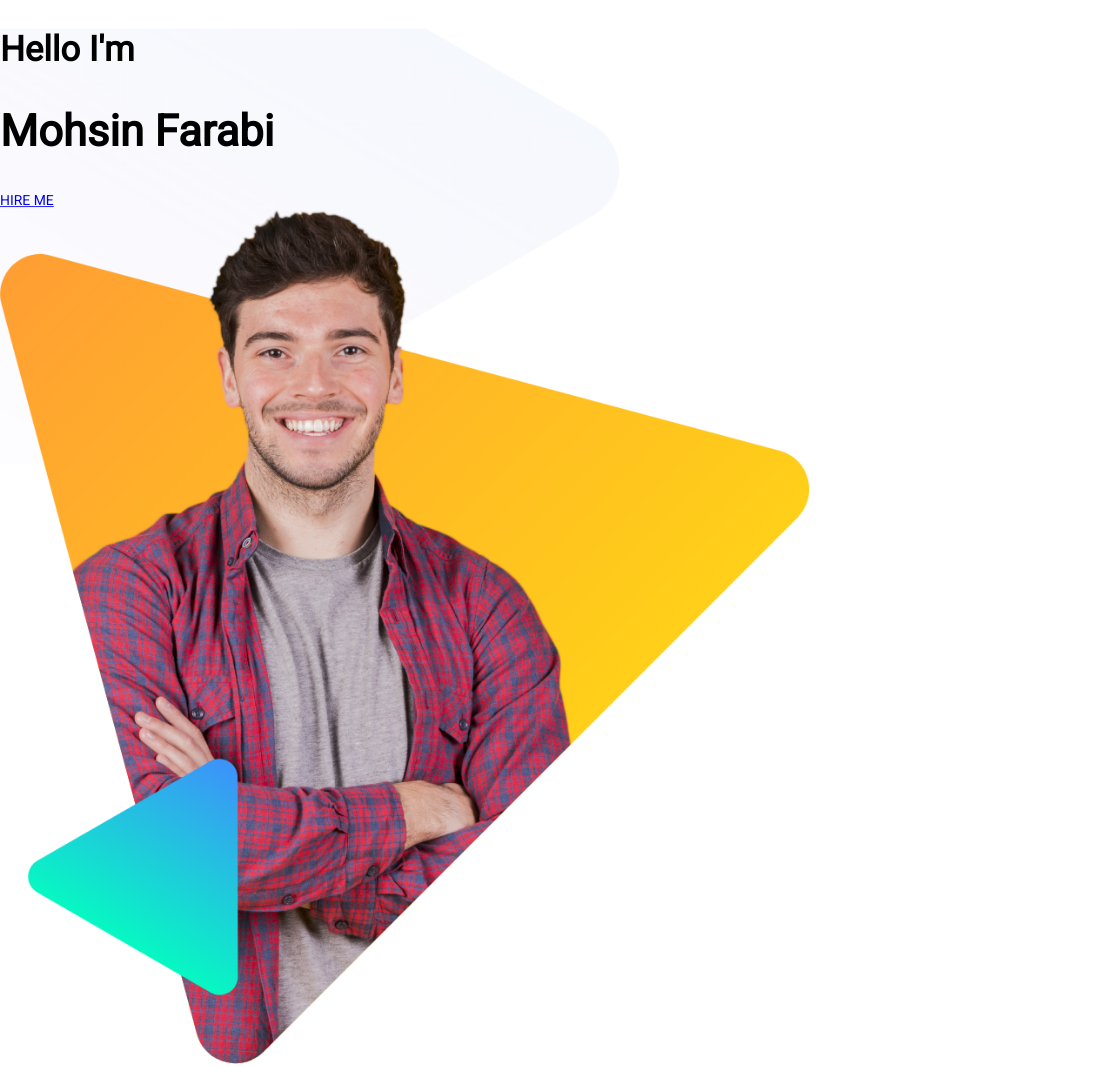
Repository: mohsinfarabi/personal-website
Page: index.html
These files come from the project's save history. The page is drawn as it stood at one moment and after the next save; the edit follows.
The browser window is 1280 px wide. The pictures show the whole page, at 87% of full size.

Above is the page before, as saved 2020-07-01 02:04:37.

After the next save:
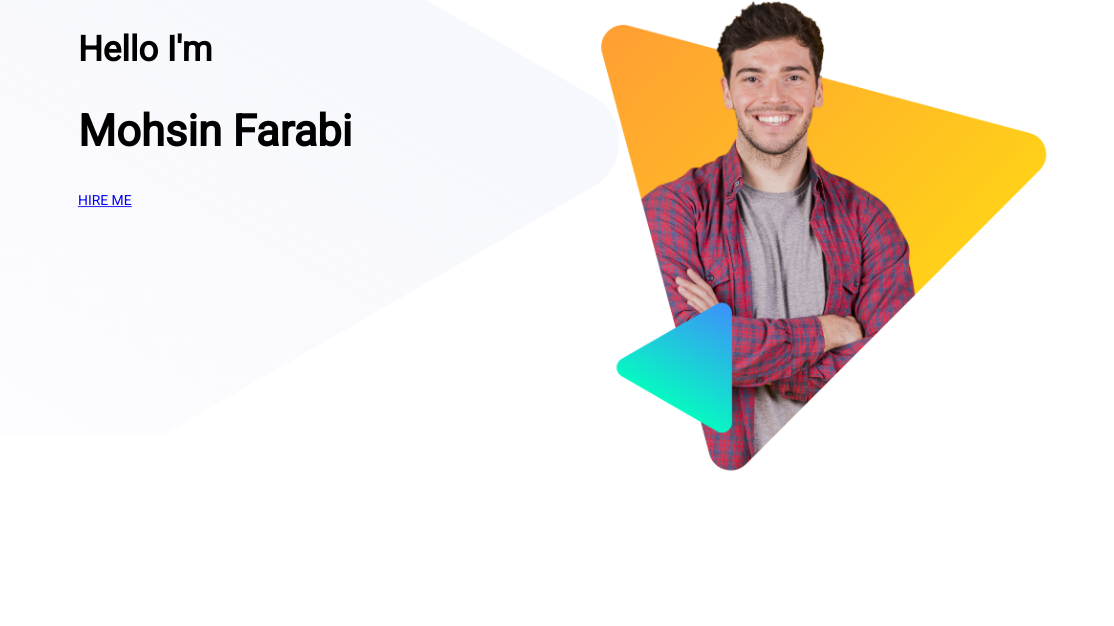
Saved 30 s later.
--- a/style.css
+++ b/style.css
@@ -28,3 +28,14 @@
     background-image: url("images/header-bg.png");
     background-repeat: no-repeat;
 }
+
+.half-width {
+    width: 40%;
+    float: left;
+    margin-left: 5%;
+    padding-left: 2%;
+}
+
+.half-width img {
+    width: 100%;
+}
